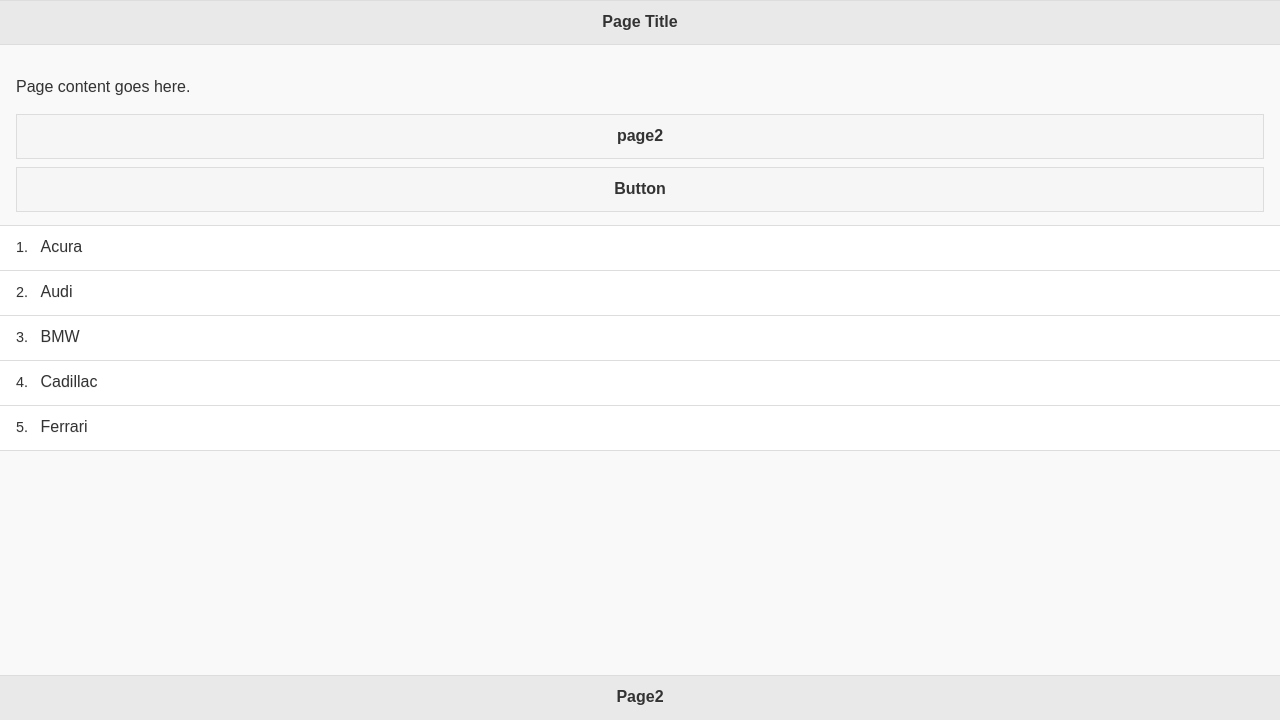
Repository: choigobin/Programming
Page: YangJung/workspace/p1028/WebContent/jquery/1.html
These files come from the project's save history. The page is drawn as it stood at one moment and after the next save; the edit follows.
The browser window is 1280 px wide. The pictures show the whole page.

Above is the page before, as saved 2019-10-28 07:12:53.

After the next save:
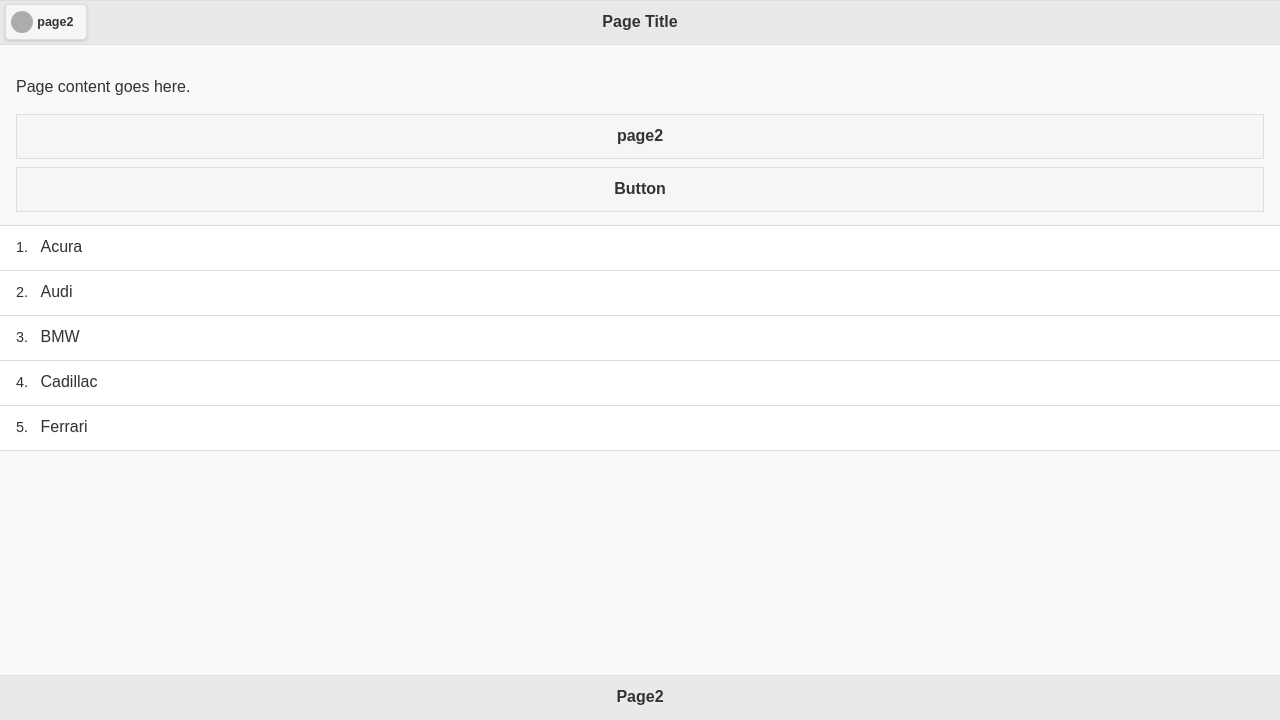
Saved 111 s later.
--- a/YangJung/workspace/p1028/WebContent/jquery/1.html
+++ b/YangJung/workspace/p1028/WebContent/jquery/1.html
@@ -13,6 +13,7 @@
 	<div data-role="page" id="page1">
 
 	<div data-role="header">
+		<a href="#page1"data-icon="arrow-R">page2</a>
 		<h1>Page Title</h1>
 	</div><!-- /header -->
 
